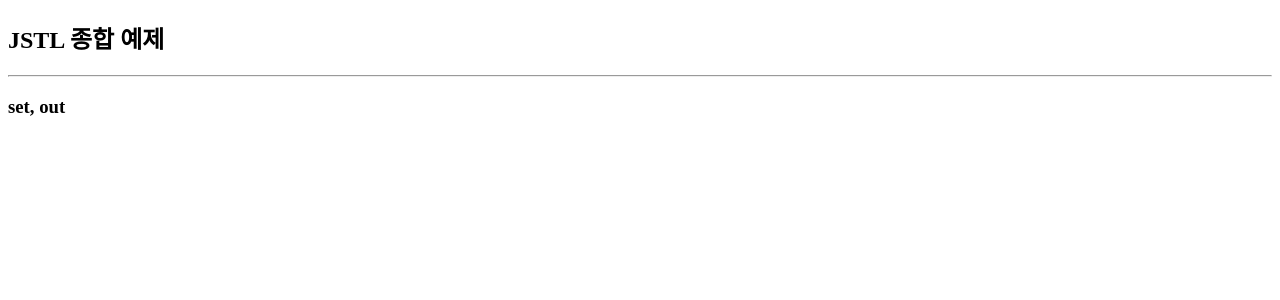
Repository: VvsJaemin/jsp-spring
Page: http://localhost/jwbook/ch07/jstlExam.jsp
These files come from the project's save history. The page is drawn as it stood at one moment and after the next save; the edit follows.
The browser window is 1280 px wide. The pictures show the whole page.
The page is served by Tomcat 9.

Above is the page before, as saved 2021-12-20 13:30:32.

After the next save:
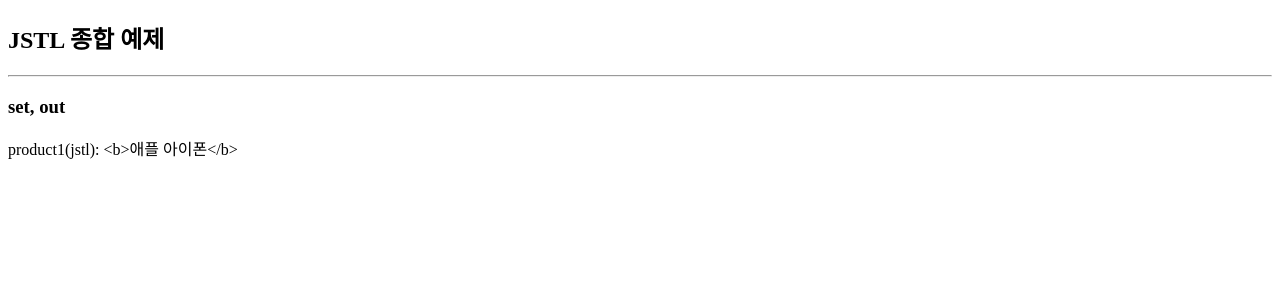
Saved 107 s later.
--- a/jwbook/src/main/webapp/ch07/jstlExam.jsp
+++ b/jwbook/src/main/webapp/ch07/jstlExam.jsp
@@ -14,5 +14,10 @@
 	<c:set var="product1" value="<b>애플 아이폰</b>" />
 	<c:set var="product2" value="삼성 갤럭시 노트" />
 	<c:set var="intArray" value="${[1,2,3,4,5] }" />
+
+	<p>
+		product1(jstl):
+		<c:out value="${product1 }" default="Not registered" escapeXml="true"/>
+	</p>
 </body>
 </html>
